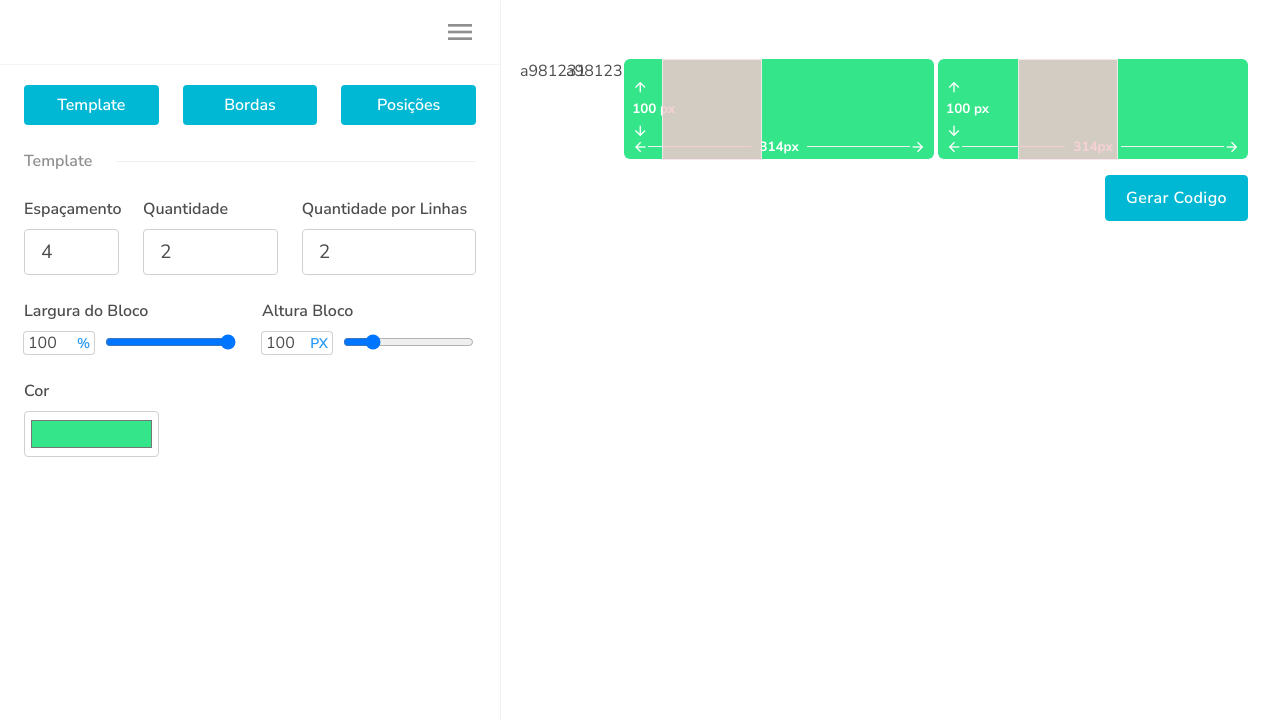
Repository: Flintdl/lowcode-elements
Page: /
These files come from the project's save history. The page is drawn as it stood at one moment and after the next save; the edit follows.
The browser window is 1280 px wide. The pictures show the whole page.
The project was rebuilt for these pictures with package versions that can differ from the ones it lists, and the page was loaded fresh each time. Also part of the build but not shown: vue.config.js.

Above is the page before, as saved 2022-04-06 15:35:38.

### src/assets/scss/_variables.scss
// Primarys Colors
$standardTextColor: #4d4d4d;

$primaryColor: #8e6dff;
$secondaryColor: #009997;
$buttonDisableColor: #9c9c9c;
$buttonDisableBgColor: #7676764d;

// Menu Colors

$bgMenuColor: #1d1d1d;
$linkMenuColor: #7b8089;
$iconMenuColor: #2a2a2a;
$borderMenuColor: #323232;

// Botão Colors

$btnPrimary: #00b8d4;
$btnPrimaryHover: #0085b0;

// Generics Colors

$whiteColor: #ffffff;
$mutedColor: #8f8f8f;
$cardColor: #f3f4f7;
$cardColorLight: #f9fafc;
$cardColorLightTwo: #f1f5fc;
$greyLight: #d1d1d1;

// Dropdown Colors

$dropdownHeaderColor: #5f5f5f;
$dropdownColor: #ebffff;

// State Colors

$successColor: #3dc661;
$dangerColor: #e7515a;
$warningColor: #e2a03f;
$infoColor: #2196f3;
$defaultColor: #172b4d;
$lightColor: #e0e0e0;

### src/views/HomeView.vue
<template>
  <div>
    <div class="sf-row">
      <div
        id="sf-preview-code-content"
        class="sf-col-12 sf-mx-auto sf-position-relative"
      >
        <div id="sf-preview-code" ref="previewGrid">
          <div class="sf-row">
            <div
              :class="[
                'sf-col-12 sf-text-center sf-display-flex sf-flex-wrap',
                'sf-justify-content-' + checkValue,
              ]"
            >
              <span
                v-bind:key="linha"
                :style="widthProps1"
                class="sf-display-block sf-position-relative"
                v-for="linha of Number(quantidadeLinha)"
              >
                <div :style="widthProps" class="sf-position-absolute"></div>
              </span>
            </div>
          </div>
          <div
            :style="gapProps"
            :class="[
              'sf-display-flex sf-flex-wrap sf-width-100',
              'sf-justify-content-' + checkValue,
            ]"
          >
            <div
              v-bind:key="n + '_'"
              v-for="n of quantidadeLinha"
              class="sf-row"
            >
              a981231
            </div>

            <DivGrid
              v-bind:key="n"
              v-for="n of quantidade"
              :tamanho="String(valor)"
              :altura="String(valorHeight)"
              :cssDefinido="cssProps"
              class="sf-position-relative"
            />
          </div>
        </div>
      </div>
      <div class="sf-col-12 sf-mt-3 sf-display-flex sf-justify-content-end">
        <button class="sf-btn sf-btn-primary" @click="gerarCodigo">
          Gerar Codigo
        </button>
      </div>
    </div>
    <div class="sf-row" v-if="htmlPreviewCode">
      <div class="sf-col-12 sf-mx-auto sf-mt-5 sf-code-content">
        <div class="sf-bg-code sf-p-4 sf-border-radius">
          <code>
            <span class="sf-text-info">Código do Preview</span> <br />
            {{ htmlPreviewCode }}
          </code>
        </div>
      </div>
    </div>
  </div>
</template>

<script>
// @ is an alias to /src

import DivGrid from "@/components/templates/DivGrid.vue";

export default {
  name: "HomeView",
  data: function () {
    return {
      htmlPreviewCode: null,
      gridLinhas: null,
      arroz: null,
    };
  },
  components: {
    DivGrid,
  },
  props: {
    valor: String,
    inputGap: String,
    quantidade: Number,
    valorHeight: String,
    quantidadeLinha: Number,
    inputBorderRadius: String,
    checkValue: String,
    inputColor: String,
    inputBorder: String,
    inputBorderColor: String,
    inputBorderTipo: String,
  },
  computed: {
    cssProps() {
      return {
        flex: `${this.quantidade} 1 0%`,
        "align-self": `${this.checkValue}`,
        "max-width": `calc((${this.valor}% - ${this.inputGap}px * ${
          this.quantidadeLinha - "1"
        }) / ${this.quantidadeLinha})`,
        height: this.valorHeight + "px",
        "border-radius": this.inputBorderRadius + "px",
        "background-color": this.inputColor,
        border:
          this.inputBorder +
          "px" +
          " " +
          this.inputBorderTipo +
          " " +
          this.inputBorderColor,
      };
    },
    gapProps() {
      return {
        gap: this.inputGap + "px",
      };
    },
    widthProps1() {
      return {
        width: `calc((${this.valor}% - ${this.inputGap}px * ${
          this.quantidadeLinha - "1"
        }) / ${this.quantidadeLinha})`,
      };
    },
    widthProps() {
      return {
        height: this.arroz + "px",
        width: "clamp(50px, 50%, 100px)",
        "background-color": "#f7c7cfd1",
        border: "1px solid #f9edefd1",
        transform: "translateX(-50%)",
        "z-index": "500",
        left: "50%",
        top: "1px",
      };
    },
  },
  mounted() {
    this.arroz = this.$refs.previewGrid?.offsetHeight;
  },
  // created() {
  //   this.$watch(["quantidade"], () => {
  //     this.arroz = this.$refs.previewGrid?.offsetHeight;
  //   });
  // },
  methods: {
    gerarCodigo() {
      this.htmlPreviewCode =
        document.getElementById("sf-preview-code").innerHTML;
    },
  },
};
</script>

<style>
#sf-grid-template:after {
  content: "";
  width: 100%;
  height: 150%;
  top: -25%;
  background-color: #ff008c0a;
  border: 1px solid rgba(255, 0, 140, 0.103);
  border-left: 2px solid #ff008c38;
  border-right: 2px solid #ff008c38;
  position: absolute;
}
</style>

### src/components/templates/InputGapTemplate.vue
<template>
  <div class="sf-col-3 sf-form-group">
    <label class="sf-label">Espaçamento</label>
    <input
      type="number"
      min="1"
      max="12"
      value="2"
      id="inputGap"
      v-model="valor"
      class="filter-states sf-text-capitalize"
      placeholder="Quantidade de Blocos"
    />
  </div>
</template>

<script>
export default {
  props: {
    valorInput: String,
  },
  computed: {
    valor: {
      get() {
        var inp = this.valorInput;
        return inp;
      },
      set(valorInput) {
        this.$emit("callback", valorInput);
      },
    },
  },
};
</script>

<style></style>

### src/components/templates/InputQuantidadeTemplate.vue
<template>
  <div class="sf-col-4 sf-form-group">
    <label class="sf-label">Quantidade</label>
    <input
      type="number"
      value="1"
      id="inputQuantidade"
      v-model="valor"
      class="filter-states sf-text-capitalize"
      placeholder="Quantidade de Blocos"
    />
  </div>
</template>

<script>
export default {
  props: {
    valorInput: String,
  },
  computed: {
    valor: {
      get() {
        var inp = this.valorInput;
        return inp;
      },
      set(valorInput) {
        this.$emit("callback", valorInput);
      },
    },
  },
};
</script>

<style></style>

### src/components/templates/InputQuantLinhasTemplate.vue
<template>
  <div class="sf-col-5 sf-form-group">
    <label class="sf-label">Quantidade por Linhas</label>
    <input
      type="number"
      min="1"
      max="12"
      value="1"
      id="inputQuantidadeLinha"
      v-model="valor"
      class="filter-states sf-text-capitalize"
      placeholder="Quantidade Linha"
    />
  </div>
</template>

<script>
export default {
  props: {
    valorInput: String,
  },
  computed: {
    valor: {
      get() {
        var inp = this.valorInput;
        return inp;
      },
      set(valorInput) {
        this.$emit("callback", valorInput);
      },
    },
  },
};
</script>

<style></style>

### src/components/templates/InputLarguraBloco.vue
<template>
  <div class="sf-col-6 sf-form-group">
    <label class="sf-label">Largura do Bloco</label>
    <div class="sf-input-group">
      <div
        class="sf-input-group-append sf-display-flex sf-justify-content-center"
      >
        <div
          class="sf-display-flex sf-align-items-center sf-justify-content-center sf-border-left-0 sf-border-radius sf-border-radius-left-0 sf-pr-2 sf-text-info sf-font-weight-bold sf-min-80-px"
        >
          <div class="sf-input-group">
            <input
              type="number"
              value="1"
              min="1"
              max="100"
              v-model="valor"
              class="sf-text-md sf-height-fit-content sf-pr-0 sf-pl-1 sf-border-right-0 sf-border-radius-right-0 sf-text-capitalize"
              placeholder="Curva da Borda"
            />
            <div
              class="sf-input-group-append sf-display-flex sf-justify-content-center"
            >
              <div
                class="sf-display-flex sf-align-items-center sf-border sf-justify-content-center sf-border-left-0 sf-border-radius sf-border-radius-left-0 sf-pr-1 sf-text-info sf-font-weight-bold sf-text-sm"
              >
                %
              </div>
            </div>
          </div>
        </div>
      </div>
      <input
        type="range"
        min="10"
        max="100"
        value="10"
        id="inputRange"
        v-model="valor"
        class="sf-px-0 sf-border-right-0 sf-border-radius-right-0 sf-text-capitalize"
      />
    </div>
  </div>
</template>

<script>
export default {
  props: {
    valorInput: String,
  },
  computed: {
    valor: {
      get() {
        var inp = this.valorInput;
        return inp;
      },
      set(valorInput) {
        this.$emit("callback", valorInput);
      },
    },
  },
};
</script>

<style></style>

### src/components/templates/InputAlturaBloco.vue
<template>
  <div class="sf-col-6 sf-form-group">
    <label class="sf-label">Altura Bloco</label>
    <div class="sf-input-group">
      <div
        class="sf-input-group-append sf-display-flex sf-justify-content-center"
      >
        <div
          class="sf-display-flex sf-align-items-center sf-justify-content-center sf-border-left-0 sf-border-radius sf-border-radius-left-0 sf-pr-2 sf-text-info sf-font-weight-bold sf-min-80-px"
        >
          <div class="sf-input-group">
            <input
              type="number"
              value="1"
              min="1"
              max="500"
              v-model="valor"
              class="sf-text-md sf-height-fit-content sf-pr-0 sf-pl-1 sf-border-right-0 sf-border-radius-right-0 sf-text-capitalize"
              placeholder="Curva da Borda"
            />
            <div
              class="sf-input-group-append sf-display-flex sf-justify-content-center"
            >
              <div
                class="sf-display-flex sf-align-items-center sf-border sf-justify-content-center sf-border-left-0 sf-border-radius sf-border-radius-left-0 sf-pr-1 sf-text-info sf-font-weight-bold sf-text-sm"
              >
                PX
              </div>
            </div>
          </div>
        </div>
      </div>
      <input
        type="range"
        min="10"
        max="500"
        id="valorHeight"
        v-model="valor"
        class="sf-px-0 sf-border-right-0 sf-border-radius-right-0 sf-text-capitalize"
      />
    </div>
  </div>
</template>

<script>
export default {
  props: {
    valorInput: String,
  },
  computed: {
    valor: {
      get() {
        var inp = this.valorInput;
        return inp;
      },
      set(valorInput) {
        this.$emit("callback", valorInput);
      },
    },
  },
};
</script>

<style></style>

### src/components/templates/InputBorderRadiusBloco.vue
<template>
  <div class="sf-col-6 sf-form-group">
    <label class="sf-label">Curva da Borda</label>
    <div class="sf-input-group">
      <div
        class="sf-input-group-append sf-display-flex sf-justify-content-center"
      >
        <div
          class="sf-display-flex sf-align-items-center sf-justify-content-center sf-border-left-0 sf-border-radius sf-border-radius-left-0 sf-pr-2 sf-text-info sf-font-weight-bold sf-min-80-px"
        >
          <div class="sf-input-group">
            <input
              type="number"
              value="1"
              min="1"
              max="50"
              v-model="valor"
              class="sf-text-md sf-height-fit-content sf-pr-0 sf-pl-1 sf-border-right-0 sf-border-radius-right-0 sf-text-capitalize"
              placeholder="Curva da Borda"
            />
            <div
              class="sf-input-group-append sf-display-flex sf-justify-content-center"
            >
              <div
                class="sf-display-flex sf-align-items-center sf-border sf-justify-content-center sf-border-left-0 sf-border-radius sf-border-radius-left-0 sf-pr-1 sf-text-info sf-font-weight-bold sf-text-sm"
              >
                PX
              </div>
            </div>
          </div>
        </div>
      </div>
      <input
        type="range"
        value="1"
        min="1"
        max="50"
        id="inputBorderRadius"
        v-model="valor"
        class="sf-px-0 sf-border-right-0 sf-border-radius-right-0 sf-text-capitalize"
        placeholder="Curva da Borda"
      />
    </div>
  </div>
</template>

<script>
export default {
  props: {
    valorInput: String,
  },
  computed: {
    valor: {
      get() {
        var inp = this.valorInput;
        return inp;
      },
      set(valorInput) {
        this.$emit("callback", valorInput);
      },
    },
  },
};
</script>

<style></style>

### src/components/templates/InputBorderBloco.vue
<template>
  <div class="sf-col-6 sf-form-group">
    <label class="sf-label">Tamanho da Borda</label>
    <div class="sf-input-group">
      <div
        class="sf-input-group-append sf-display-flex sf-justify-content-center"
      >
        <div
          class="sf-display-flex sf-align-items-center sf-justify-content-center sf-border-left-0 sf-border-radius sf-border-radius-left-0 sf-pr-2 sf-text-info sf-font-weight-bold sf-min-80-px"
        >
          <div class="sf-input-group">
            <input
              type="number"
              value="1"
              min="1"
              max="50"
              v-model="valor"
              class="sf-text-md sf-height-fit-content sf-pr-0 sf-pl-1 sf-border-right-0 sf-border-radius-right-0 sf-text-capitalize"
              placeholder="Curva da Borda"
            />
            <div
              class="sf-input-group-append sf-display-flex sf-justify-content-center"
            >
              <div
                class="sf-display-flex sf-align-items-center sf-border sf-justify-content-center sf-border-left-0 sf-border-radius sf-border-radius-left-0 sf-pr-1 sf-text-info sf-font-weight-bold sf-text-sm"
              >
                PX
              </div>
            </div>
          </div>
        </div>
      </div>
      <input
        type="range"
        value="1"
        min="0"
        max="24"
        id="inputBorder"
        v-model="valor"
        class="sf-px-0 sf-border-right-0 sf-border-radius-right-0 sf-text-capitalize"
        placeholder="Curva da Borda"
      />
    </div>
  </div>
</template>

<script>
export default {
  props: {
    valorInput: String,
  },
  computed: {
    valor: {
      get() {
        var inp = this.valorInput;
        return inp;
      },
      set(valorInput) {
        this.$emit("callback", valorInput);
      },
    },
  },
};
</script>

<style></style>

### src/components/templates/InputPosicaoBloco.vue
<template>
  <div class="sf-row">
    <div class="sf-col-12 sf-form-group">
      <span
        class="sf-text-md sf-font-weight-bold sf-text-muted sf-display-flex sf-align-items-center"
      >
        Posições
        <hr class="sf-width-100 sf-ml-4" />
      </span>
    </div>
    <div class="sf-col-auto sf-form-group">
      <input
        id="start"
        type="radio"
        name="positionDivs"
        v-model="valor"
        value="start"
        checked
      />
      <label for="start"> Esquerda</label>
    </div>

    <div class="sf-col-auto sf-form-group">
      <input
        type="radio"
        id="center"
        name="positionDivs"
        v-model="valor"
        value="center"
      />
      <label for="center"> Centro</label>
    </div>

    <div class="sf-col-auto sf-form-group">
      <input
        type="radio"
        id="end"
        name="positionDivs"
        v-model="valor"
        value="end"
      />
      <label for="end"> Final</label>
    </div>
    <div class="sf-col-auto sf-form-group">
      <input
        type="radio"
        id="between"
        name="positionDivs"
        v-model="valor"
        value="between"
      />
      <label for="between"> Laterais</label>
    </div>
    <div class="sf-col-auto sf-form-group">
      <input
        type="radio"
        id="around"
        name="positionDivs"
        v-model="valor"
        value="around"
      />
      <label for="around"> Meio</label>
    </div>
  </div>
</template>

<script>
export default {
  props: {
    valorInput: String,
  },
  computed: {
    valor: {
      get() {
        var inp = this.valorInput;
        return inp;
      },
      set(valorInput) {
        this.$emit("callback", valorInput);
      },
    },
  },
};
</script>

<style></style>

### src/components/templates/InputBorderCorBloco.vue
<template>
  <div class="sf-col sf-form-group">
    <label class="sf-label">Cor</label>
    <input
      type="color"
      id="inputBorderColor"
      v-model="valor"
      class="sf-p-1 sf-text-capitalize"
      placeholder="Quantidade de Blocos"
    />
  </div>
</template>

<script>
export default {
  props: {
    valorInput: String,
  },
  computed: {
    valor: {
      get() {
        var inp = this.valorInput;
        return inp;
      },
      set(valorInput) {
        this.$emit("callback", valorInput);
      },
    },
  },
};
</script>

<style></style>

### src/components/templates/InputBorderTipoBloco.vue
<template>
  <div class="sf-col-10 sf-form-group">
    <label class="sf-label">Tipo de Borda</label>
    <select
      id="inputBorderTipo"
      v-model="control"
      :items="items"
      @change="onSelectType"
      class="sf-text-capitalize"
    >
      <option
        v-bind:key="item.value"
        :value="item.value"
        :disabled="!item.value"
        v-for="item of items"
      >
        {{ item.label }}
      </option>
    </select>
  </div>
</template>

<script>
export default {
  props: {
    valorInput: String,
  },
  data: () => {
    return {
      items: [
        { label: "Solid", value: "solid" },
        { label: "Dashed", value: "dashed" },
      ],
    };
  },
  computed: {
    control: {
      get() {
        return this.valorInput;
      },
      set(valorInput) {
        this.$emit("callback", valorInput);
      },
    },
  },
  methods: {
    onSelectType(event) {
      this.$emit("change", event);
    },
  },
};
</script>

<style></style>

### src/components/templates/DivGrid.vue
<template>
  <div
    class="sf-position-relative sf-overflow-hidden"
    :style="cssDefinido"
    ref="container"
  >
    <div
      class="sf-height-position sf-position-absolute sf-display-flex sf-flex-column sf-px-2"
    >
      <i
        class="mdi mdi-arrow-up sf-text-md sf-text-white sf-dropdown-action"
      ></i>
      <span class="sf-text-white sf-font-weight-extra-bold sf-text-center">
        {{ altura }}
        px
      </span>
      <i
        class="mdi mdi-arrow-down sf-text-md sf-text-white sf-dropdown-action"
      ></i>
    </div>
    <div
      class="sf-width-position sf-width-100 sf-position-absolute sf-display-flex sf-align-items-center sf-px-2"
    >
      <i
        class="mdi mdi-arrow-left sf-text-md sf-text-white sf-dropdown-action"
      ></i>
      <hr class="sf-width-100 sf-mr-2" />
      <span class="sf-text-white sf-font-weight-extra-bold sf-text-center">
        {{ larguraPixel }}px
      </span>
      <hr class="sf-width-100 sf-ml-2" />
      <i
        class="mdi mdi-arrow-right sf-text-md sf-text-white sf-dropdown-action"
      ></i>
    </div>
  </div>
</template>

<script>
export default {
  data() {
    return {
      larguraPixel: null,
    };
  },
  mounted() {
    this.larguraPixel = this.$refs.container?.offsetWidth;
  },

  props: {
    cssDefinido: Object,
    tamanho: String,
    altura: String,
  },
  created() {
    this.$watch("tamanho", () => {
      this.larguraPixel = this.$refs.container?.offsetWidth;
    });
  },
};
</script>

<style lang="scss" scoped>
.sf-height-position,
.sf-width-position {
  font-size: 1.4ch;
}
.sf-height-position {
  transform: translateY(-50%);
  left: 0;
  top: 50%;
}
.sf-width-position {
  transform: translateX(-50%);
  bottom: 0;
  left: 50%;
}
</style>

Loaded but not shown: public/index.html (common file); src/main.js (common file); src/App.vue (common file); src/registerServiceWorker.js (common file); src/router/index.js (common file); src/assets/scss/materialdesignicons.scss (9 lines, source omitted); src/assets/scss/style.scss (4102 lines, source omitted); src/components/Menu/MenuTemplate.vue (297 lines, source omitted); src/assets/scss/menu.scss (402 lines, source omitted); src/assets/scss/standard.scss (381 lines, source omitted)

After the next save:
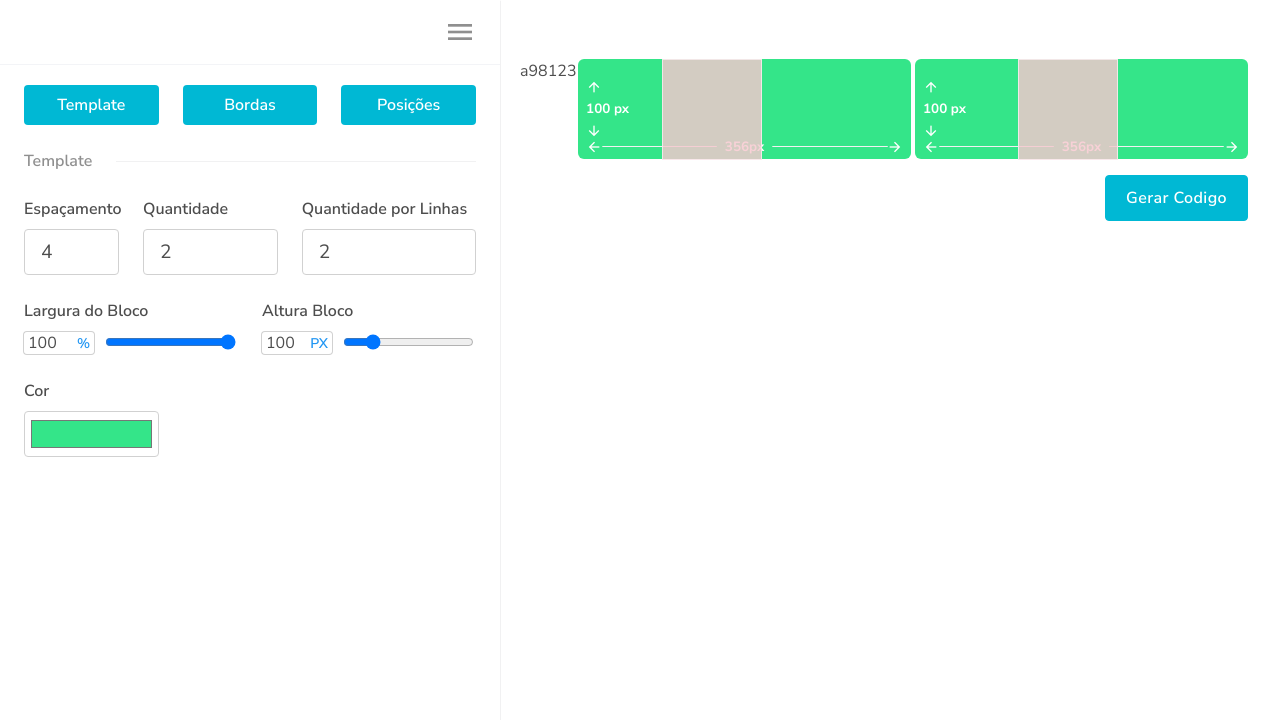
Saved 115 s later.
--- a/src/views/HomeView.vue
+++ b/src/views/HomeView.vue
@@ -30,11 +30,7 @@
               'sf-justify-content-' + checkValue,
             ]"
           >
-            <div
-              v-bind:key="n + '_'"
-              v-for="n of quantidadeLinha"
-              class="sf-row"
-            >
+            <div v-bind:key="n + '_'" v-for="n of feijao" class="sf-row">
               a981231
             </div>
 
@@ -80,6 +76,7 @@ export default {
       htmlPreviewCode: null,
       gridLinhas: null,
       arroz: null,
+      feijao: null,
     };
   },
   components: {
@@ -144,6 +141,7 @@ export default {
     },
   },
   mounted() {
+    this.feijao = this.quantidade / this.quantidadeLinha;
     this.arroz = this.$refs.previewGrid?.offsetHeight;
   },
   // created() {
